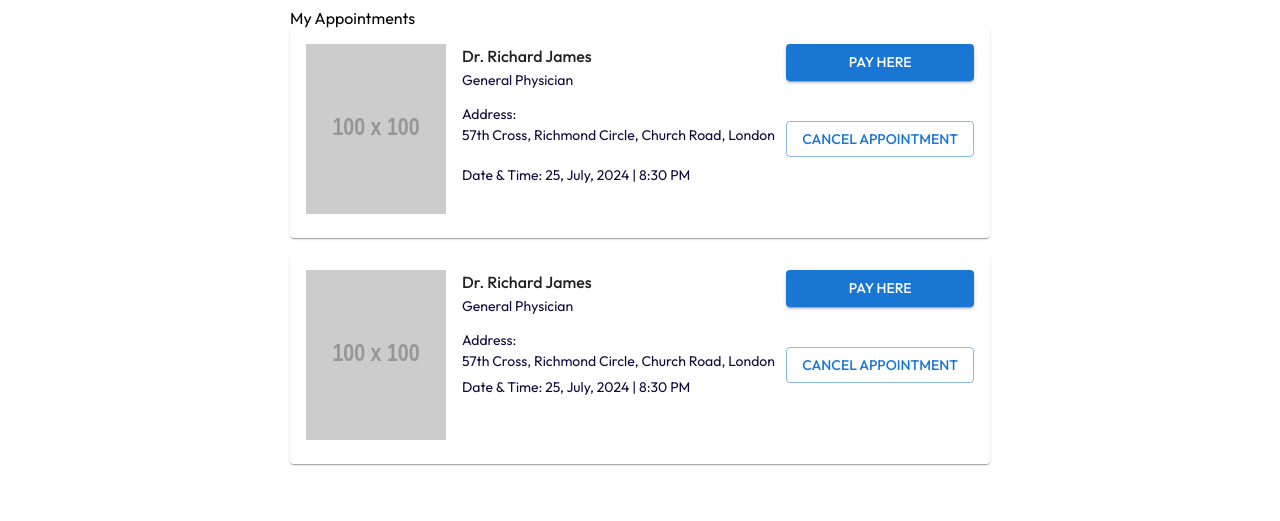
Repository: Ali-Dmerdash/DEPI_GRAD
Page: /
The author's editor kept a copy of each file at every save. The page is drawn from the files as they stood at one save, then again after the next save.
The browser window is 1280 px wide. The pictures show the whole page.
The project was rebuilt for these pictures with package versions that can differ from the ones it lists, and the page was loaded fresh each time. Also part of the build but not shown: vite.config.ts.

Above is the page before, as saved 2024-10-08 21:07:50.

After the next save:
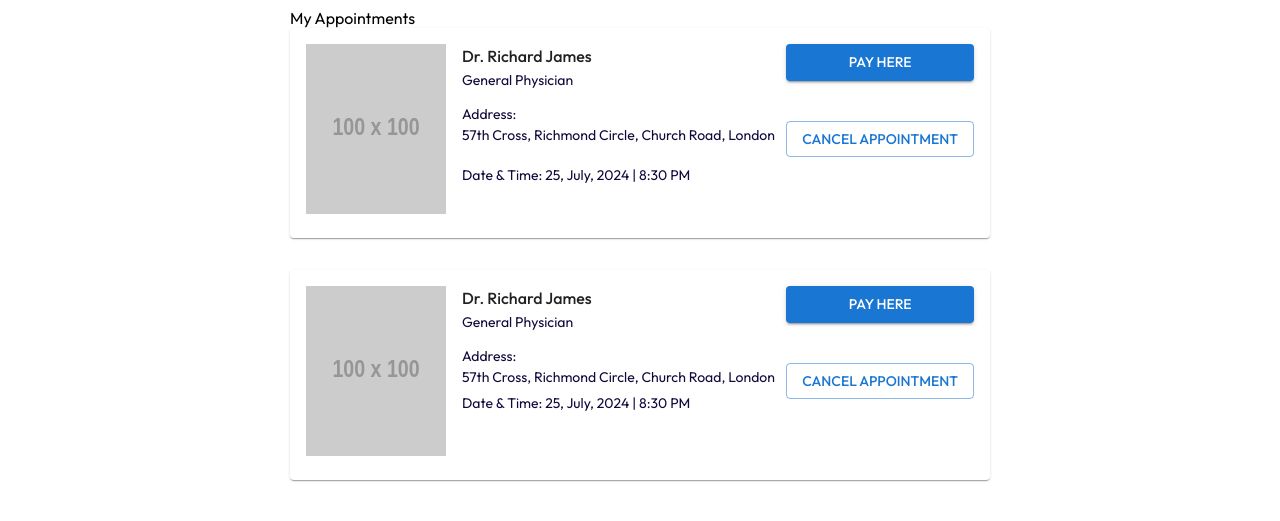
Saved 16 s later.
--- a/src/pages/myappointment/index.tsx
+++ b/src/pages/myappointment/index.tsx
@@ -5,14 +5,10 @@
   return (
     <>
       <Box sx={{ maxWidth: 700, margin: "0 auto" }}>
-        <Typography
-          variant="body"
-          color="initial"
-          sx={{ marginBottom: "22px" }}
-        >
+        <Typography variant="body" color="initial">
           My Appointments
         </Typography>
-        <Card sx={{ marginBottom: 2 }}>
+        <Card sx={{ marginBottom: 4 }}>
           <CardContent>
             <Box display="flex" alignItems="flex-start">
               <img

After the save that followed:
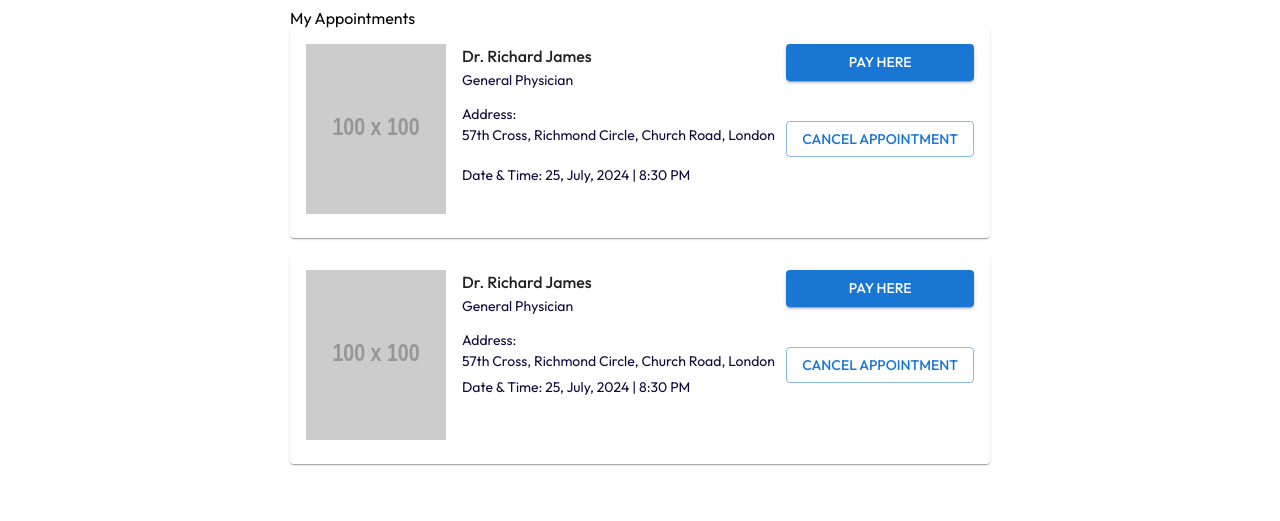
Saved 8 s later.
--- a/src/pages/myappointment/index.tsx
+++ b/src/pages/myappointment/index.tsx
@@ -5,10 +5,10 @@
   return (
     <>
       <Box sx={{ maxWidth: 700, margin: "0 auto" }}>
-        <Typography variant="body" color="initial">
+        <Typography variant="body" color="initial" sx={{ marginBottom: 2 }}>
           My Appointments
         </Typography>
-        <Card sx={{ marginBottom: 4 }}>
+        <Card sx={{ marginBottom: 2 }}>
           <CardContent>
             <Box display="flex" alignItems="flex-start">
               <img
